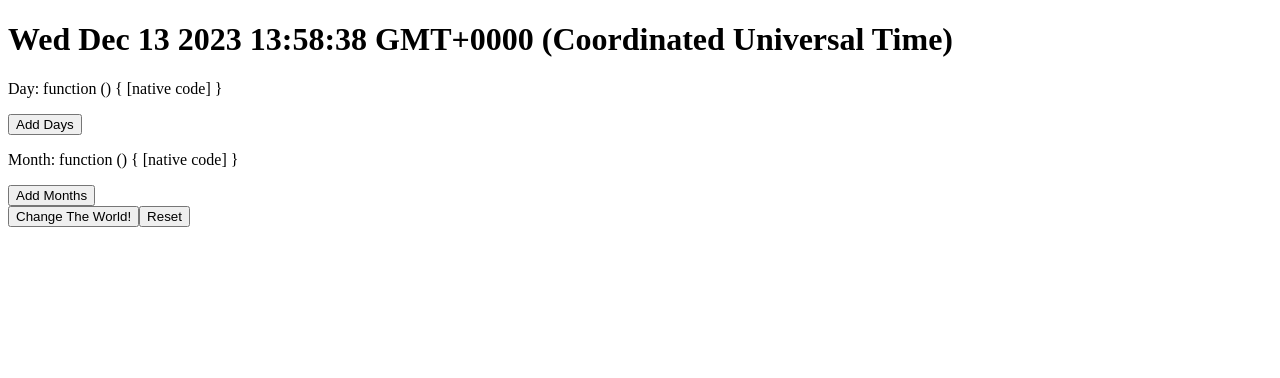
Repository: Tobby004/secondvue-assignment
Page: / (app in second-vue/)
These files come from the project's save history. The page is drawn as it stood at one moment and after the next save; the edit follows.
The browser window is 1280 px wide. The pictures show the whole page.
The project was rebuilt for these pictures with package versions that can differ from the ones it lists, and the page was loaded fresh each time. Also part of the build but not shown: second-vue/vue.config.js.

Above is the page before, as saved 2023-12-13 14:13:14.

After the next save:
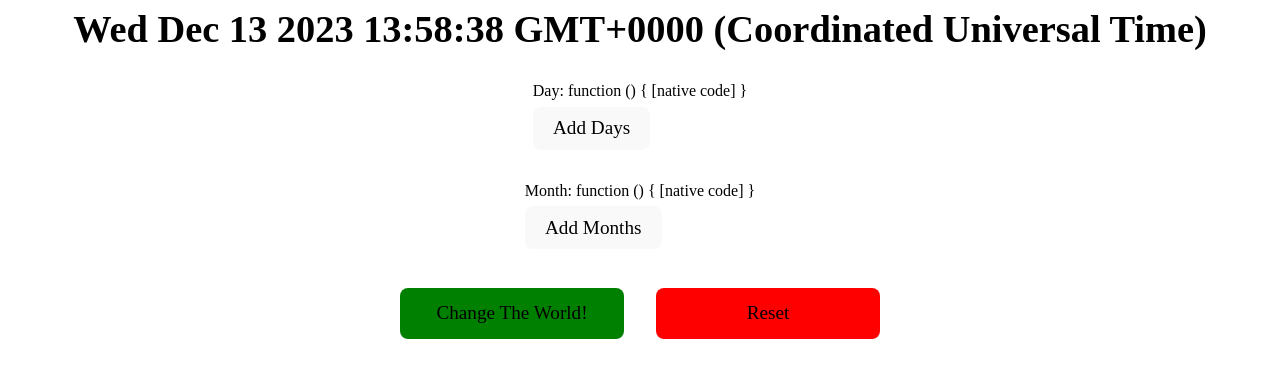
Saved 100 s later.
--- a/second-vue/src/App.vue
+++ b/second-vue/src/App.vue
@@ -80,5 +80,120 @@ export default {
 </script>
 
 <style scoped>
-/* Add your CSS styles here */
+/* Add your <CSS scoped>
+/* CSS styles compatible with Vue.js */
+
+/* :root styles */
+:root {
+  font-family: Inter, system-ui, Avenir, Helvetica, Arial, sans-serif;
+  line-height: 1.5;
+  font-weight: 400;
+  color-scheme: light dark;
+  color: rgba(255, 255, 255, 0.87);
+  background-color: #242424;
+  font-synthesis: none;
+  text-rendering: optimizeLegibility;
+  -webkit-font-smoothing: antialiased;
+  -moz-osx-font-smoothing: grayscale;
+}
+
+/* Global styles */
+* {
+  margin: 0;
+  padding: 0;
+  box-sizing: border-box;
+}
+
+/* HTML styles */
+html {
+  /* 1rem = 10px(62.5%) */
+  font-size: 62.5%;
+}
+
+/* Body styles */
+body {
+  min-width: 32rem;
+  min-height: 100vh;
+  font-size: 1.6rem;
+  display: flex;
+  place-items: center;
+  justify-content: center;
+  align-items: center;
+}
+
+/* Heading styles */
+h1 {
+  font-size: 2.4rem;
+  line-height: 1.1;
+}
+
+/* Button styles */
+button {
+  border-radius: 8px;
+  border: 1px solid transparent;
+  padding: 0.6rem 1.2rem;
+  margin-top: 0.4rem;
+  font-size: 1.2rem;
+  font-weight: 500;
+  font-family: inherit;
+  background-color: #1a1a1a;
+  cursor: pointer;
+  transition: border-color 0.25s;
+}
+
+button:hover {
+  border-color: #646cff;
+}
+
+button:focus,
+button:focus-visible {
+  outline: 4px auto -webkit-focus-ring-color;
+}
+
+/* App container styles */
+#app {
+  padding: 2rem;
+  text-align: center;
+}
+
+/* .app styles */
+.app {
+  display: flex;
+  flex-direction: column;
+  align-items: center;
+  gap: 2rem;
+}
+
+/* .action-btn styles */
+.action-btn {
+  display: flex;
+  gap: 2rem;
+}
+
+.action-btn > button {
+  width: 14rem;
+  height: 3.2rem;
+}
+
+/* .change-btn styles */
+.change-btn {
+  background-color: green;
+}
+
+/* .reset-btn styles */
+.reset-btn {
+  background-color: red;
+}
+
+/* Media query for light color scheme */
+@media (prefers-color-scheme: light) {
+  :root {
+    color: #213547;
+    background-color: #ffffff;
+  }
+
+  button {
+    background-color: #f9f9f9;
+  }
+}
 </style>
